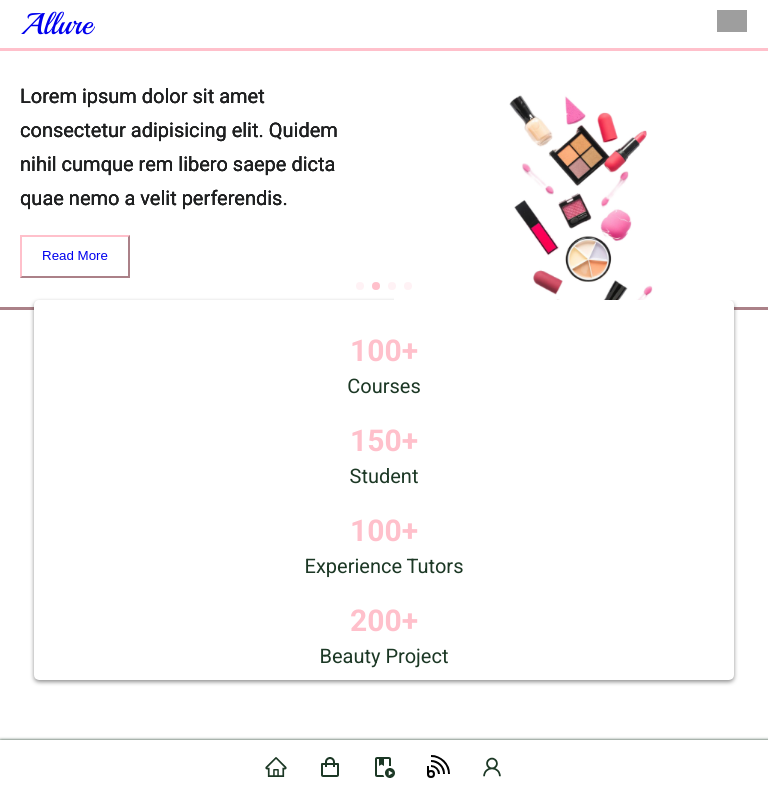
Repository: Benedict-Anthony/Allure-E-commerce-React-Js
Page: /
These files come from the project's save history. The page is drawn as it stood at one moment and after the next save; the edit follows.
The browser window is 768 px wide. The pictures show the whole page.
Pictures or frames that could not be fetched are drawn as grey boxes. The page's requests for data from a server got no answer. The project was rebuilt for these pictures with package versions that can differ from the ones it lists, and the page was loaded fresh each time. No one was signed in, and anything a server would have sent is missing. Also part of the build but not shown: src/App.css, src/css/courses.css, src/shared/Course.tsx, src/shared/Product.tsx, src/pages/Shop.tsx, src/pages/Tutorials.tsx, src/pages/ProductDetail.tsx, src/components/CourseDetails.tsx and 15 more.

Above is the page before, as saved 2023-02-04 02:36:04.

After the next save:
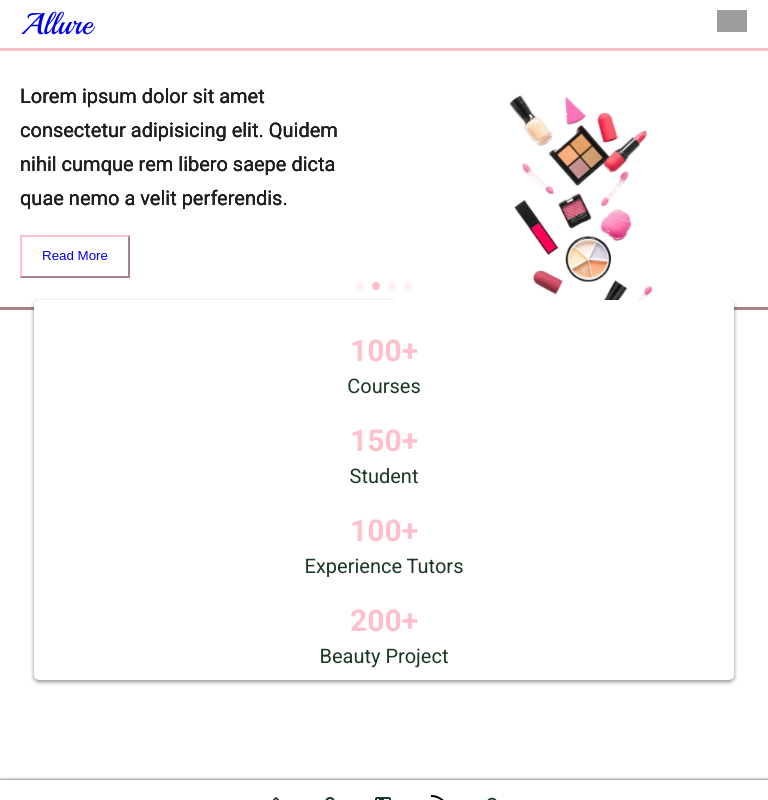
Saved 27 s later.
--- a/src/css/header.css
+++ b/src/css/header.css
@@ -141,4 +141,8 @@
         left: 0;
     }
 
+    .active__nav {
+        bottom: -40px;
+    }
+
 }
